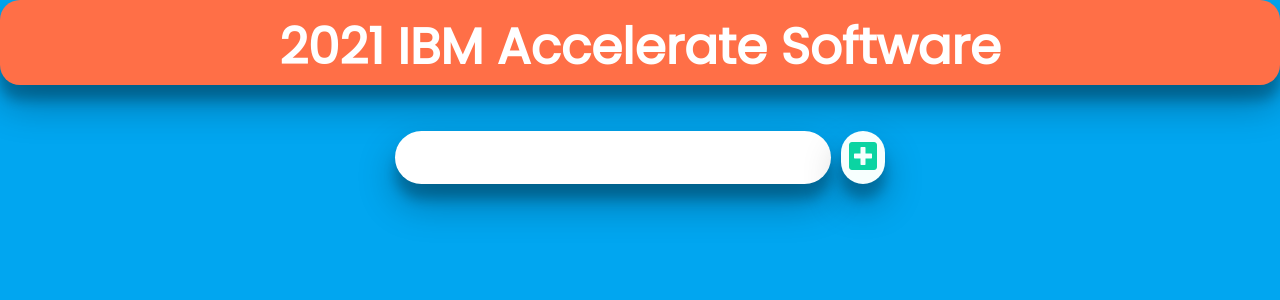
Repository: 2021-IBM-Accelerate-SW-Track/lab-1-team-34
Page: /
An editor plug-in stored every save of this project. The page is shown before and after the next save, followed by the edit.
The browser window is 1280 px wide. The pictures show the whole page.
Some web libraries are served in a nearby version. The project was rebuilt for these pictures with package versions that can differ from the ones it lists, and the page was loaded fresh each time. Also part of the build but not shown: src/components/Todo.js.

Above is the page before, as saved 2021-06-16 18:36:23.

After the next save:
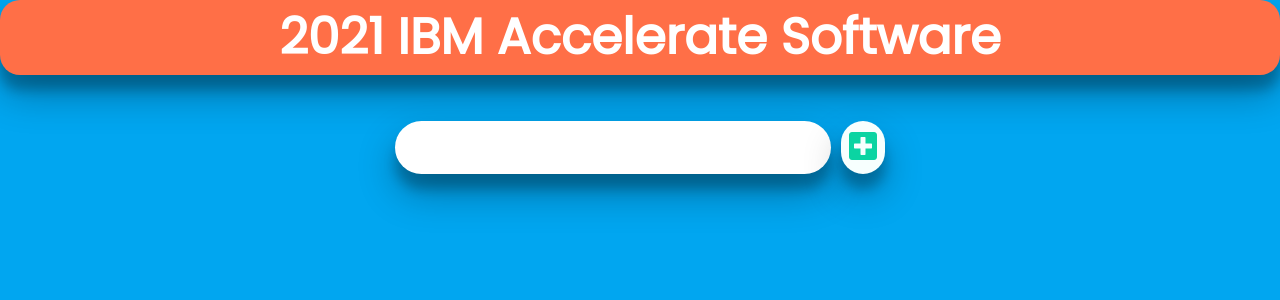
Saved 3 min 8 s later.
--- a/src/components/header/header.css
+++ b/src/components/header/header.css
@@ -7,5 +7,5 @@
   border-radius: 20px;
   box-shadow: rgba(0, 0, 0, 0.3) 0px 19px 38px,
     rgba(0, 0, 0, 0.22) 0px 15px 12px;
-  padding-top: 10px;
+  padding-top: ;
 }
